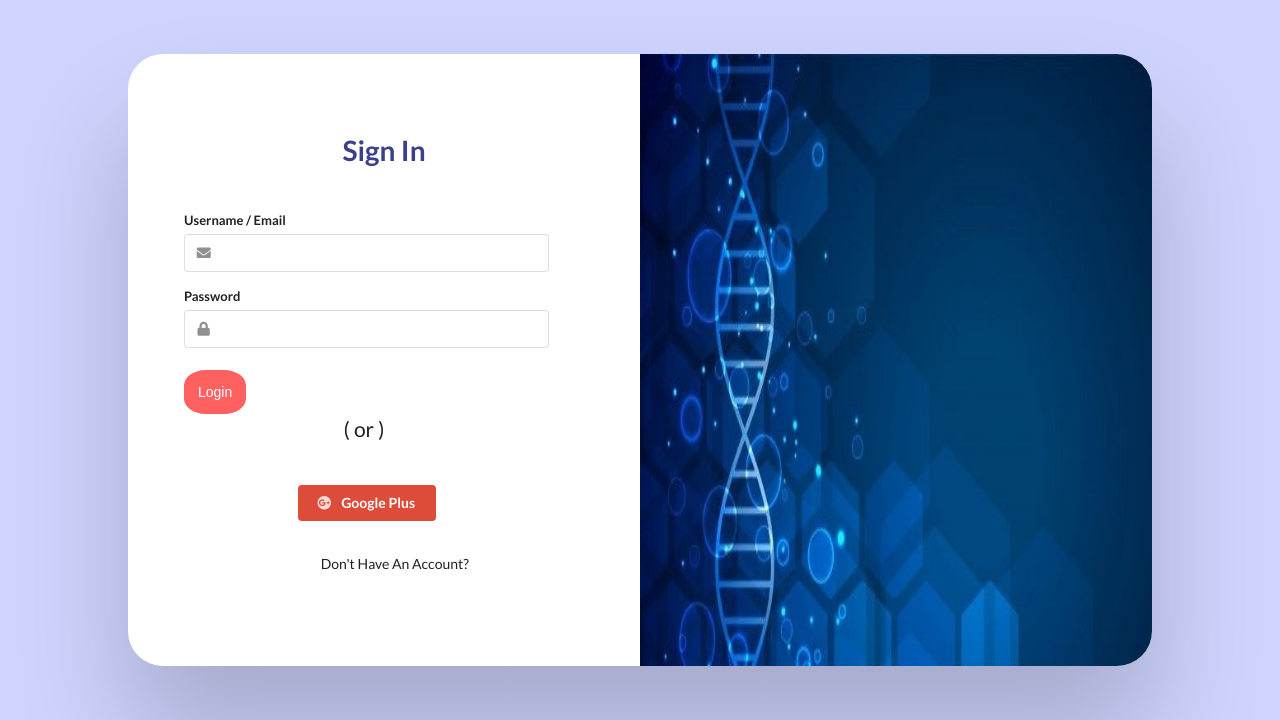
Repository: ajayaj2001/healthcare-digitization
Page: /login
The author's editor kept a copy of each file at every save. The page is drawn from the files as they stood at one save, then again after the next save.
The browser window is 1280 px wide. The pictures show the whole page.
The project was rebuilt for these pictures with package versions that can differ from the ones it lists, and the page was loaded fresh each time. Also part of the build but not shown: src/component/userType/UserType.scss, src/component/userType/UserType.js.

Above is the page before, as saved 2021-03-12 21:50:01.

### public/index.html
<!DOCTYPE html>
<html lang="en">

<head>
  <meta charset="utf-8" />
  <meta name="viewport" content="width=device-width, initial-scale=1" />
  <meta name="theme-color" content="#000000" />
  <meta name="description" content="Web site created using create-react-app" />
  <link rel="stylesheet" href="https://fonts.googleapis.com/css?family=Roboto:300,400,500,700&display=swap" />
  <link rel="stylesheet" href="https://fonts.googleapis.com/icon?family=Material+Icons" />

  <!--
      manifest.json provides metadata used when your web app is installed on a
      user's mobile device or desktop. See https://developers.google.com/web/fundamentals/web-app-manifest/
    -->
  <!-- <link rel="manifest" href="%PUBLIC_URL%/manifest.json" /> -->
  <!--
      Notice the use of %PUBLIC_URL% in the tags above.
      It will be replaced with the URL of the `public` folder during the build.
      Only files inside the `public` folder can be referenced from the HTML.

      Unlike "/favicon.ico" or "favicon.ico", "%PUBLIC_URL%/favicon.ico" will
      work correctly both with client-side routing and a non-root public URL.
      Learn how to configure a non-root public URL by running `npm run build`.
    -->
  <title>medical</title>
</head>

<body>
  <noscript>You need to enable JavaScript to run this app.</noscript>
  <div id="root"></div>
  <!--
      This HTML file is a template.
      If you open it directly in the browser, you will see an empty page.

      You can add webfonts, meta tags, or analytics to this file.
      The build step will place the bundled scripts into the <body> tag.

      To begin the development, run `npm start` or `yarn start`.
      To create a production bundle, use `npm run build` or `yarn build`.
    -->
</body>

</html>

### src/index.js
import React from 'react';
import ReactDOM from 'react-dom';
import './index.scss';
import App from './component/app/App';
import 'semantic-ui-css/semantic.min.css'


ReactDOM.render(
  <React.StrictMode>
    <App />
  </React.StrictMode>,
  document.getElementById('root')
);

### src/index.scss
code {
  font-family: source-code-pro, Menlo, Monaco, Consolas, "Courier New", monospace;
}
@mixin respond($breakpoint) {
  @if $breakpoint == phone {
    @media (max-width: 37.5em) {
      @content;
    }
  }

  @if $breakpoint == tab-land {
    @media (max-width: 75em) {
      @content;
    }
  }
  @if $breakpoint == tab-port {
    @media (max-width: 56.25em) {
      @content;
    }
  }
  @if $breakpoint == big-desktop {
    @media (min-width: 112.5em) {
      @content;
    }
  }
}

*,
*::after,
*::before {
  margin: 0;
  padding: 0;
  box-sizing: inherit;
}
body {
  font-family: "Lato", sans-serif;
  font-weight: 400;
  font-size: 16px;
  line-height: 1.7;
  color: #777;
  //padding: 30px;
  box-sizing: border-box;
  @include respond(tab-port) {
    padding: 0;
  }
}

html {
  font-size: 62.5%; //1rem=10px 10px/16px=62.5%
  @include respond(tab-land) {
    //width <1200
    font-size: 56.25%; //1rem=9px
  }
  @include respond(tab-port) {
    //<width <900
    font-size: 50%; //1rem=8px
  }
  // @include respond(phone) {
  //     //<width<600
  //     font-size: 40%; //1rem=4.8px
  // }
  @include respond(big-desktop) {
    //>1200
    font-size: 75%; //1rem=12
  }
}

### src/component/app/App.js
import './App.scss';

import UserType from "../userType/UserType";
import Login from '../login/Login';

function App() {
  return (
    <div className="App">
      {/* <UserType /> */}
      <Login/>
    </div>
  );
}

export default App;

### src/component/login/Login.js
import React from 'react'
import sideGif from '../../img/img-1.jpg'
import './Login.scss'
import LoginForm from './loginForm/LoginForm'


const Login = () => {
    return (
        <div className="loginContainer">
            <div className="login">
                <div className="login__signin">
                    <h2 className="login__signin--heading">Sign In</h2>
                    <div className="login__signin--form"><LoginForm /></div>
                </div>

                <img src={sideGif} alt="rocket" className="login__image" />
            </div>
        </div>
    )
}

export default Login

### src/component/login/Login.scss
.loginContainer {
    margin: 0;
    background-color: #cfd4fe;
    height: 100vh;
    display: flex;
    justify-content: center;
    align-items: center;
}
.login {
    background-color: white;
    width: 80%;
    height: 85%;
    display: grid;
    grid-template-columns: 50% 50%;
    @media (max-width: 65em) {
        grid-template-columns: 100%;
      }
    border-radius: 2.5rem;
    align-items: center;
    overflow: hidden;
    box-shadow: 0 5rem 8rem rgba(black, 0.2);
    &__image {
        width: 100%;
        height: 100%;
    }
    @media (max-width: 65em) {
        &__image {
            display: none;
        }
      }
    &__signin {
        display: flex;
        flex-direction: column;
        margin-bottom: 5rem;
        &--form {
            height: 70%;
        }
        &--heading {
            font-size: 2rem;
            color: #3b4089;
            align-self: center;
        }
    }
}


.ui.error.message{
    width: 90% !important;
    height: 4rem !important;
}

### src/component/login/loginForm/LoginForm.js
import React, { useState } from 'react'
import { Form, Message,Button,Icon } from 'semantic-ui-react'
import './LoginForm.scss'
//import { Link } from 'react-router-dom';
//import firebase from '../../../../firebase';


const LoginForm = () => {

    const [errors, seterrors] = useState("")
    const [email, setEmail] = useState("");
    const [password, setPassword] = useState("");
    const [loading, setLoading] = useState(false);




    const formSubmit = (event) => {
        event.preventDefault();
        if (email && password) {
            setLoading(true);
            // firebase
            //     .auth()
            //     .signInWithEmailAndPassword(email, password)
            //     .then(() => {
            //         setLoading(false);
            //         seterrors("")
            //     })
            //     .catch((err) => {
            //         console.log(err);
            //         seterrors(err.message)
            //         setLoading(false);
            //     })
        }
        else {
            seterrors("Fill  the data")
        }
    }



    return (
        <div className="loginForm">
            {
                errors ? <Message error style={{ width: '40rem', height: '5rem' }} ><h2>{errors}</h2></Message> : ""

            }
            <Form onSubmit={formSubmit}>
                <Form.Input
                    fluid
                    name="email"
                    icon="mail"
                    iconPosition="left"
                    label="Username / Email"
                    type="Email"
                    onChange={(event) => setEmail(event.target.value)} value={email}
                    className={errors.toLowerCase().includes('email') ? 'error loginForm__input' : 'loginForm__input'}
                />
                <Form.Input
                    fluid
                    name="password"
                    icon="lock"
                    iconPosition="left"
                    label="Password"
                    type="password"
                    onChange={(event) => setPassword(event.target.value)} value={password}
                    className={errors.toLowerCase().includes('password') ? 'error loginForm__input' : 'loginForm__input'}
                />
                <button disabled={loading} className={loading ? 'loading loginForm__button' : " loginForm__button"} type='submit'>Login </button>
            </Form>
            <div className="loginForm__text">( or )</div>
            <Button color='google plus' className="loginForm__gbutton">
      <Icon name='google plus' /> Google Plus
    </Button>
            <div className="loginForm__link">Don't Have An Account? {/*<Link to="/register" >  Register</Link>*/}</div>

        </div>
    )
}

export default LoginForm

### src/component/login/loginForm/LoginForm.scss
.loginForm {
    margin-top: 2rem;
    padding-left: 4rem;
    &__input {
        width: 80%;
        border-radius: 30%;
    }
    &__text{
        font-size: 1.5rem;
        padding: 1% 0rem 10% 35%;
    }
    &__gbutton{
        margin-left: 25% !important;
        margin-bottom: 2rem !important;
    }
    &__button {
        background-color: #ff6161;
        border: none;
        padding: 1rem;
        border-radius: 35%;
        color: white;
        margin-top: 0.6rem;
    }
    &__button:focus {
        outline: none;
        background-color: #ffbcbc;
    }
    &__link {
        padding-top: 0.4rem;
        padding-left: 30%;
        margin-bottom: -4rem;
    }
    &__input2 {
        width: 80%;
    }
}

Loaded but not shown: src/component/app/App.scss (no stored copy; drawn as an empty file)

After the next save:
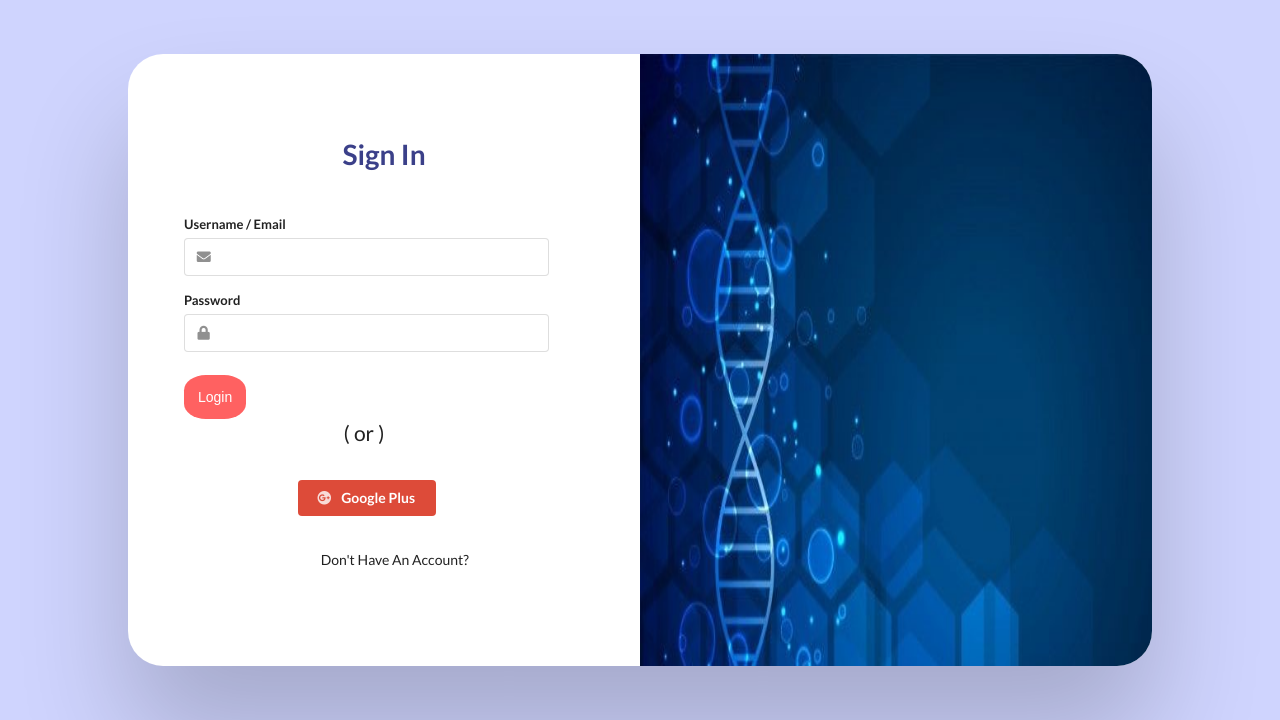
Saved 6 s later.
--- a/src/component/login/loginForm/LoginForm.scss
+++ b/src/component/login/loginForm/LoginForm.scss
@@ -7,7 +7,7 @@
     }
     &__text{
         font-size: 1.5rem;
-        padding: 1% 0rem 10% 35%;
+        padding: 1% 0rem 8% 35%;
     }
     &__gbutton{
         margin-left: 25% !important;
